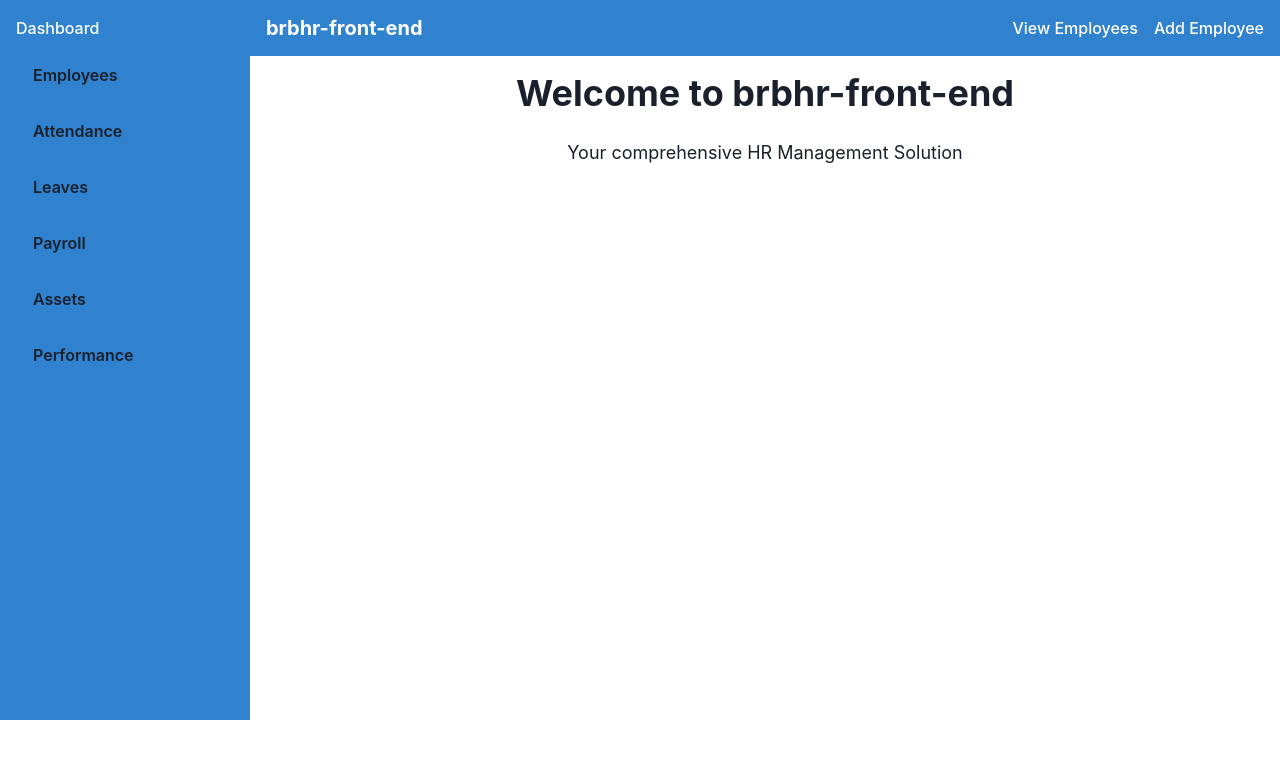
Repository: apipulse/brbhr-frontend
Page: /
The author's editor kept a copy of each file at every save. The page is drawn from the files as they stood at one save, then again after a run of saves.
The browser window is 1280 px wide. The pictures show the whole page.
The project was rebuilt for these pictures with package versions that can differ from the ones it lists, and the page was loaded fresh each time. Also part of the build but not shown: vite.config.js, src/services/axiosInstance.js, src/services/EmployeeService.js, src/components/employee/EmployeeList.jsx, src/components/employee/AddEmployee.jsx, src/services/LeaveService.js, src/components/employee/LeaveList.jsx, src/components/employee/LeaveForm.jsx.

Above is the page before, as saved 2024-01-19 20:49:59.

### src/App.jsx
import React from 'react';
import { ChakraProvider, Flex } from '@chakra-ui/react';
import { BrowserRouter as Router, Route, Routes } from 'react-router-dom';
import NavBar from './components/layout/NavBar';
import SideBar from './components/layout/SideBar';
import Home from './components/pages/Home';
import EmployeeList from './components/employee/EmployeeList';
import AddEmployee from './components/employee/AddEmployee';
import LeaveList from './components/employee/LeaveList';
import LeaveForm from './components/employee/LeaveForm';

const App = () => {
  return (
    <ChakraProvider>
      <Router>
        <Flex>
          <SideBar />
          <Flex flexDirection="column" width="calc(100vw - 250px)"> {/* Adjust the width */}
            <NavBar />
            <Routes>
              <Route exact path="/" element={<Home />} />
              <Route path="/employees" element={<EmployeeList />} />
              <Route path="/add-employee" element={<AddEmployee />} />
              <Route path="/leaves" element={<LeaveList />} />
              <Route path="/add-leave" element={<LeaveForm />} />
              {/* Add more routes as needed */}
            </Routes>
          </Flex>
        </Flex>
      </Router>
    </ChakraProvider>
  );
};

export default App;

### src/components/layout/NavBar.jsx
import { Box, Flex, Link, Heading, Spacer, useMediaQuery } from '@chakra-ui/react';
import { Link as RouterLink } from 'react-router-dom';

const NavBar = () => {
  const [isLargerThan768] = useMediaQuery('(min-width: 768px)');

  return (
    <Flex
    bg="blue.500"
    p="4"
    color="white"
    width="full" // Adjust to take full width of the parent container
    direction={isLargerThan768 ? 'row' : 'column'}
    align="center"
    justify={isLargerThan768 ? "space-between" : "center"}
  >
      <Box>
        <Heading size="md">brbhr-front-end</Heading>
      </Box>
      <Spacer />
      <Box mt={!isLargerThan768 ? 4 : 0}>
        <Link as={RouterLink} to="/employees" mx="4">View Employees</Link>
        <Link as={RouterLink} to="/add-employee">Add Employee</Link>
        {/* Add more links as needed */}
      </Box>
    </Flex>
  );
};

export default NavBar;

### src/components/layout/SideBar.jsx
import React, { useState } from 'react';
import { Box, Link, VStack, Collapse, Button, useDisclosure } from '@chakra-ui/react';
import { Link as RouterLink } from 'react-router-dom';

const SidebarLinkGroup = ({ title, children }) => {
  const { isOpen, onToggle } = useDisclosure();
  return (
    <Box>
      <Button variant="ghost" onClick={onToggle} width="100%" justifyContent="flex-start">
        {title}
      </Button>
      <Collapse in={isOpen} animateOpacity>
        <VStack spacing={2} align="stretch" pl={4}>
          {children}
        </VStack>
      </Collapse>
    </Box>
  );
};

const Sidebar = () => {
  return (
    <Box bg="blue.500" h="100vh" w="250px" color="white" p="4">
      <VStack spacing={4} align="stretch">
        {/* Dashboard */}
        <Link as={RouterLink} to="/dashboard">Dashboard</Link>

        {/* Employees */}
        <SidebarLinkGroup title="Employees">
          <Link as={RouterLink} to="/employees/list">Employee List</Link>
          <Link as={RouterLink} to="/employees/add">Add Employee</Link>
          {/* Additional Employee-related links */}
        </SidebarLinkGroup>

        {/* Attendance */}
        <SidebarLinkGroup title="Attendance">
          <Link as={RouterLink} to="/attendance/records">Attendance Records</Link>
          <Link as={RouterLink} to="/attendance/report">Attendance Report</Link>
          {/* Additional Attendance-related links */}
        </SidebarLinkGroup>

        {/* Leaves */}
        <SidebarLinkGroup title="Leaves">
          <Link as={RouterLink} to="/leaves/apply">Apply for Leave</Link>
          <Link as={RouterLink} to="/leaves/status">Leave Status</Link>
          {/* Additional Leaves-related links */}
        </SidebarLinkGroup>

        {/* Payroll */}
        <SidebarLinkGroup title="Payroll">
          <Link as={RouterLink} to="/payroll/salary">Salary Details</Link>
          <Link as={RouterLink} to="/payroll/statements">Payroll Statements</Link>
          {/* Additional Payroll-related links */}
        </SidebarLinkGroup>

        {/* Assets */}
        <SidebarLinkGroup title="Assets">
          <Link as={RouterLink} to="/assets/manage">Manage Assets</Link>
          <Link as={RouterLink} to="/assets/assign">Assign Assets</Link>
          {/* Additional Asset-related links */}
        </SidebarLinkGroup>

        {/* Performance (PMS) */}
        <SidebarLinkGroup title="Performance">
          <Link as={RouterLink} to="/performance/reviews">Performance Reviews</Link>
          <Link as={RouterLink} to="/performance/goals">Set Goals</Link>
          {/* Additional Performance-related links */}
        </SidebarLinkGroup>

        {/* Additional main categories as needed */}
      </VStack>
    </Box>
  );
};

export default Sidebar;

### src/components/pages/Home.jsx
import React from 'react';
import { Box, Text, Flex, Heading } from '@chakra-ui/react';

const Home = () => {
    return (
        <Flex direction="column" minHeight="100vh" justify="center" align="center">
            <Box textAlign="center" p={4} flexGrow={1}>
                <Heading as="h1" size="xl" mb={6}>
                    Welcome to brbhr-front-end
                </Heading>
                <Text fontSize="lg">
                    Your comprehensive HR Management Solution
                </Text>
                {/* Additional content and widgets can be added here */}
            </Box>
        </Flex>
    );
};

export default Home;

Loaded but not shown: index.html (common file); src/main.jsx (common file); src/index.css (common file)

After the next 2 saves:
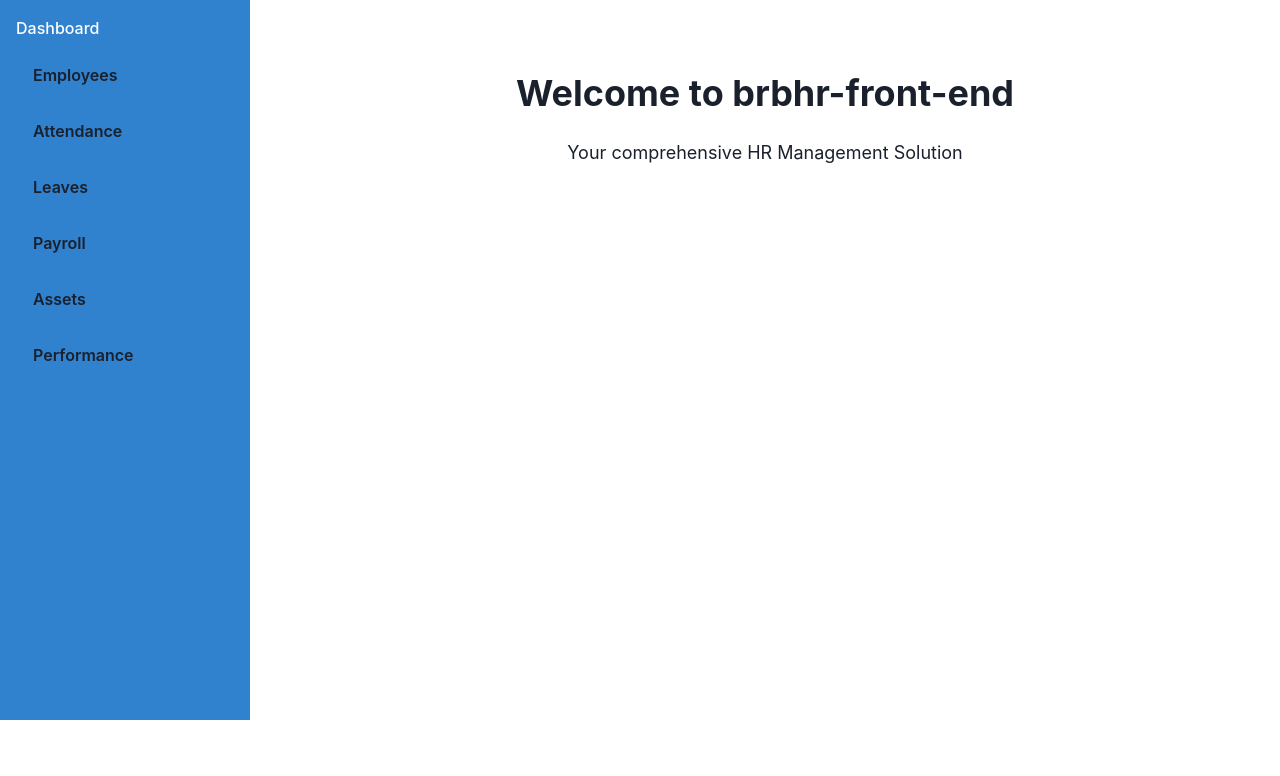
The 2 saves are shown as one change because they came seconds apart.
The last was saved 29 s later.
--- a/src/components/layout/NavBar.jsx
+++ b/src/components/layout/NavBar.jsx
@@ -6,7 +6,7 @@
 
   return (
     <Flex
-    bg="blue.500"
+    bg="black.500"
     p="4"
     color="white"
     width="full" // Adjust to take full width of the parent container

After the save that followed:
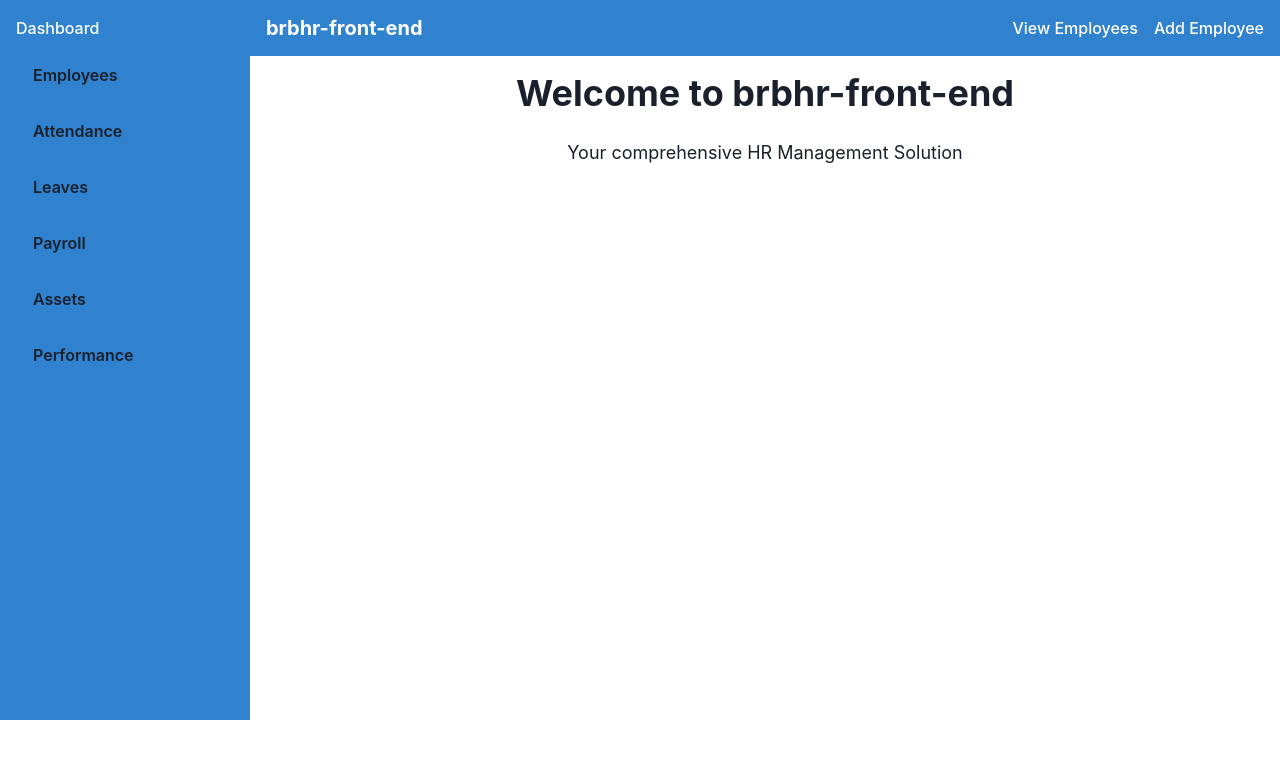
Saved 11 s later.
--- a/src/components/layout/NavBar.jsx
+++ b/src/components/layout/NavBar.jsx
@@ -6,7 +6,7 @@
 
   return (
     <Flex
-    bg="black.500"
+    bg="blue.500"
     p="4"
     color="white"
     width="full" // Adjust to take full width of the parent container
